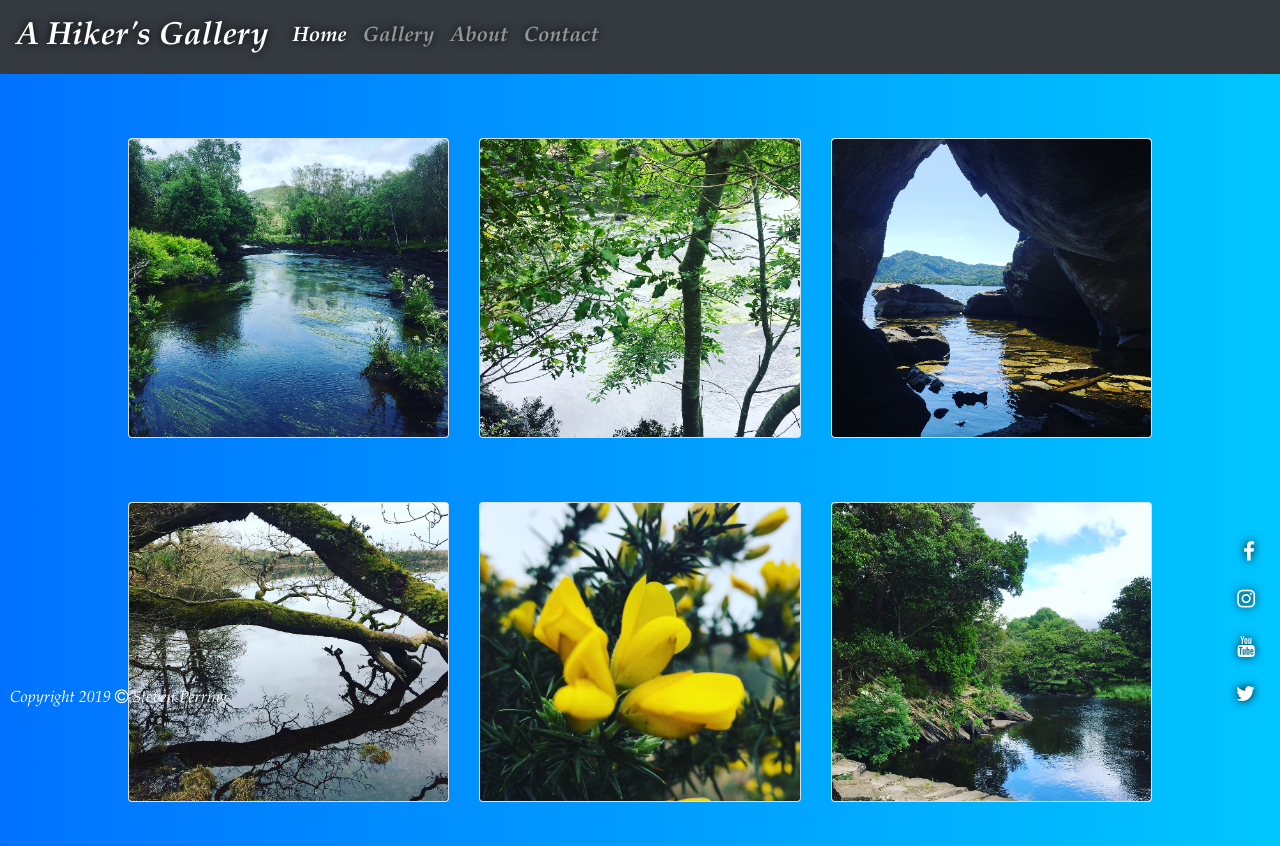
Repository: S-Perring/hiker
Page: gallery.html
The author's editor kept a record of every edit. The page is drawn from the files as they stood at one moment, then again after the next edit.
The browser window is 1280 px wide. The pictures show the part of the page from y = 0 to 846 px (the page is 1894 px tall before and 2022 px after).
A picture or video elsewhere on the page could not be fetched, so the positions and the page height are approximate. Some web fonts or font styles are not loaded; a fallback is used.

Above is the page before.

### gallery.html
<!DOCTYPE html>
<html lang="en">
<head>
    <meta charset="UTF-8">
    <meta name="viewport" content="width=device-width, initial-scale=1.0">
    <meta http-equiv="X-UA-Compatible" content="ie=edge">
    <link rel="stylesheet" href="https://stackpath.bootstrapcdn.com/bootstrap/4.3.1/css/bootstrap.min.css" type="text/css" />
    <link rel="stylesheet" href="https://stackpath.bootstrapcdn.com/font-awesome/4.7.0/css/font-awesome.min.css" type="text/css" />
    <link rel="stylesheet" href="https://cdnjs.cloudflare.com/ajax/libs/font-awesome/4.7.0/css/font-awesome.min.css">
    <link rel="stylesheet" href="css/style.css" type="text/css" />
    <title>Hiker's Gallery</title>
</head>

<body>

<header>
  <nav class="navbar top navbar-expand-sm navbar-dark bg-dark scrolling-navbar">
    <a class="navbar-brand" href="#"><strong>A Hiker's Gallery</strong></a>
    <button class="navbar-toggler" type="button" data-toggle="collapse" data-target="#navbarSupportedContent"
      aria-controls="navbarSupportedContent" aria-expanded="false" aria-label="Toggle navigation">
      <span class="navbar-toggler-icon"></span>
    </button>
    <div class="collapse navbar-collapse" id="navbarSupportedContent">
      <ul class="navbar-nav">
        <li class="nav-item active">
          <a class="nav-link" href="index.html">Home <span class="sr-only">(current)</span></a>
        </li>
        <li class="nav-item">
          <a class="nav-link" href="gallery.html">Gallery</a>
        </li>
        <li class="nav-item">
          <a class="nav-link" href="about.html">About</a>
        </li>
        <li class="nav-item">
          <a class="nav-link" href="contact.html">Contact</a>
        </li>
      </ul>
    </div>
  </nav>

</header>

 <section class="gallerypage">
            <div class="container-gallery">

                <div class="card-deck">

                    <div class="card">
                        <img src="css/images/1.JPG" class="card-img-top"
                            alt="X">
                        </div>

                    <div class="card">
                        <img src="css/images/2.JPG" class="card-img-top"
                            alt="X">
                        </div>


                    <div class="card">
                        <img src="css/images/3.JPG" class="card-img-top"
                            alt="X">
                        </div>
                      </div>
                      </div>

                <div class="container-gallery">

                <div class="card-deck">

                    <div class="card">
                        <img src="css/images/4.JPG" class="card-img-top"
                            alt="X">
                        </div>

                    <div class="card">
                        <img src="css/images/7.JPG" class="card-img-top"
                            alt="X">
                        </div>


                    <div class="card">
                        <img src="css/images/6.JPG" class="card-img-top"
                            alt="X">
                        </div>
                      </div>
                    </div>


                                    <div class="container-gallery">

                <div class="card-deck">

                    <div class="card">
                        <img src="css/images/15.JPG" class="card-img-top"
                            alt="X">
                        </div>

                    <div class="card">
                        <img src="css/images/16.JPG" class="card-img-top"
                            alt="X">
                        </div>


                    <div class="card">
                        <img src="css/images/17.JPG" class="card-img-top"
                            alt="X">
                        </div>
                      </div>
                    </div>

                                    <div class="container-gallery">

                <div class="card-deck">

                    <div class="card">
                        <img src="css/images/9.JPG" class="card-img-top"
                            alt="X">
                        </div>

                    <div class="card">
                        <img src="css/images/10.JPG" class="card-img-top"
                            alt="X">
                        </div>


                    <div class="card">
                        <img src="css/images/11.JPG" class="card-img-top"
                            alt="X">
                        </div>
                      </div>
                    </div>

                                    <div class="container-gallery">

                <div class="card-deck">

                    <div class="card">
                        <img src="css/images/12.JPG" class="card-img-top"
                            alt="X">
                        </div>

                    <div class="card">
                        <img src="css/images/13.JPG" class="card-img-top"
                            alt="X">
                        </div>


                    <div class="card">
                        <img src="css/images/14.JPG" class="card-img-top"
                            alt="X">
                        </div>
                      </div>
                    </div>



     </section>





<footer class="fixed-bottom">
   <div class="container">
     <ul class="navbar-nav nav-flex-icons">
        <li class="nav-item" id="highlight">
          <a class="nav-link"><i class="fa fa-facebook"></i></a>
        </li>
        <li class="nav-item" id="highlight">
          <a class="nav-link"><i class="fa fa-instagram"></i></a>
        </li>
                <li class="nav-item" id="highlight">
          <a class="nav-link"><i class="fa fa-youtube"></i></a>
        </li>
                </li>
                <li class="nav-item" id="highlight">
          <a class="nav-link"><i class="fa fa-twitter"></i></a>
        </li>
      </ul>
   </div>
      <div class="copyright">Copyright 2019 <i class="fa fa-copyright"></i> Steven Perring</div>
</footer>

    <script src="https://code.jquery.com/jquery-3.3.1.slim.min.js"></script>
    <script src="https://cdnjs.cloudflare.com/ajax/libs/popper.js/1.14.7/umd/popper.min.js"></script>
    <script src="https://stackpath.bootstrapcdn.com/bootstrap/4.3.1/js/bootstrap.min.js"></script>

</body>

</html>

### css/style.css
@import url('https://fonts.googleapis.com/css?family=Garamond:100,200,300,400,500,600,700');


.nav-link {
    font-family: Garamond;
    font-style: italic;
    font-size: 1.3em;
    font-weight: bold;
    text-decoration: none;
}


.main-pic {
    background-image: url(../css/images/main.JPG);
    background-size: cover;
    max-width: 100%;
    height: 100vh;
    padding: 0;
    display: flex;
    align-items: center;
    justify-content: center;
    background-repeat: no-repeat;

}


.navbar-brand {
    font-family: Garamond;
    font-size: 2em;
    font-style: italic;
}

.explore {
    Background-color: rgba(195, 195, 195, 0.4);
    padding: 20%;
    border-radius: 50%;
    font-family: Garamond;
    text-align: center;
    font-style: italic;
    font-size: 2.5em;
    font-weight: bolder;
    color: #4B0082;

}


a {
    text-shadow: 0 0 10px black;
}

footer {
    padding-left: 10px;
    font-family: Garamond;
    font-style: italic;
    color: #fff;
    font-size: 1em;
}

a:hover {
  text-decoration: none;
  color: #fff;
  transition: 1.5s;

}


.icons {
    text-align: center;
}


.copyright {
    display: inline-block;
    margin-bottom: 10px;
    text-align: left;
    width: 60%;
    position: absolute;
    bottom: 0px;

}

#highlight:hover {
  text-decoration: none;
  color: #4B0082;
  cursor: pointer;
}

.container {
    float: right;
    margin: 0;
    width:5%;
    text-align: right;
    margin-right: 10px;

}






.about {
    Background-color: rgba(208, 208, 208, 0.65);
    padding: 10px;
    margin: 15%;
    border-radius: 10%;
    text-align: center;
    color: #4B0082;
    font-family: Garamond;
    font-style: italic;

}




/*------------------- contact form-------------------------*/


body{
    background: -webkit-linear-gradient(left, #0072ff, #00c6ff);

}
.contact-form{
    Background-color: rgba(208, 208, 208, 0.25);
    font-family: Garamond;
    font-style: italic;
    color: #4B0082;
    margin-top: 10%;
    border-radius: 10%;
    margin-bottom: 5%;
    width: 70%;
}
.contact-form .form-control{
    border-radius:1rem;
}

.contact-form form{
    padding: 14%;

}
.contact-form form .row{
    margin-bottom: -7%;

}
.contact-form h3{
    margin-bottom: 8%;
    margin-top: -10%;
    text-align: center;

}
.contact-form .btnContact {
    margin-right: 25%;
    font-family: Garamond;
    font-style: italic;
    border: none;
    border-radius: 1rem;
    padding: 3%;
    background: #4B0082;
    font-weight: 600;
    color: #fff;
    cursor: pointer;
}


.btnContactSubmit{

    color: #fff;
    background-color: #0062cc;
    border: none;
    cursor: pointer;
}

/*------------------- gallery-------------------------*/

.container-gallery {
    margin-top: 5%;
    margin-left: 10%;
    margin-right: 10%;
    font-family: Garamond;
    font-style: italic;
    text-align: center;
    color: #4B0082;
    padding: inherit;


}

.card {
    position: relative;
    float: left;
    width:  300px;
    height: 300px;
    overflow: hidden;



}

After the next edit:
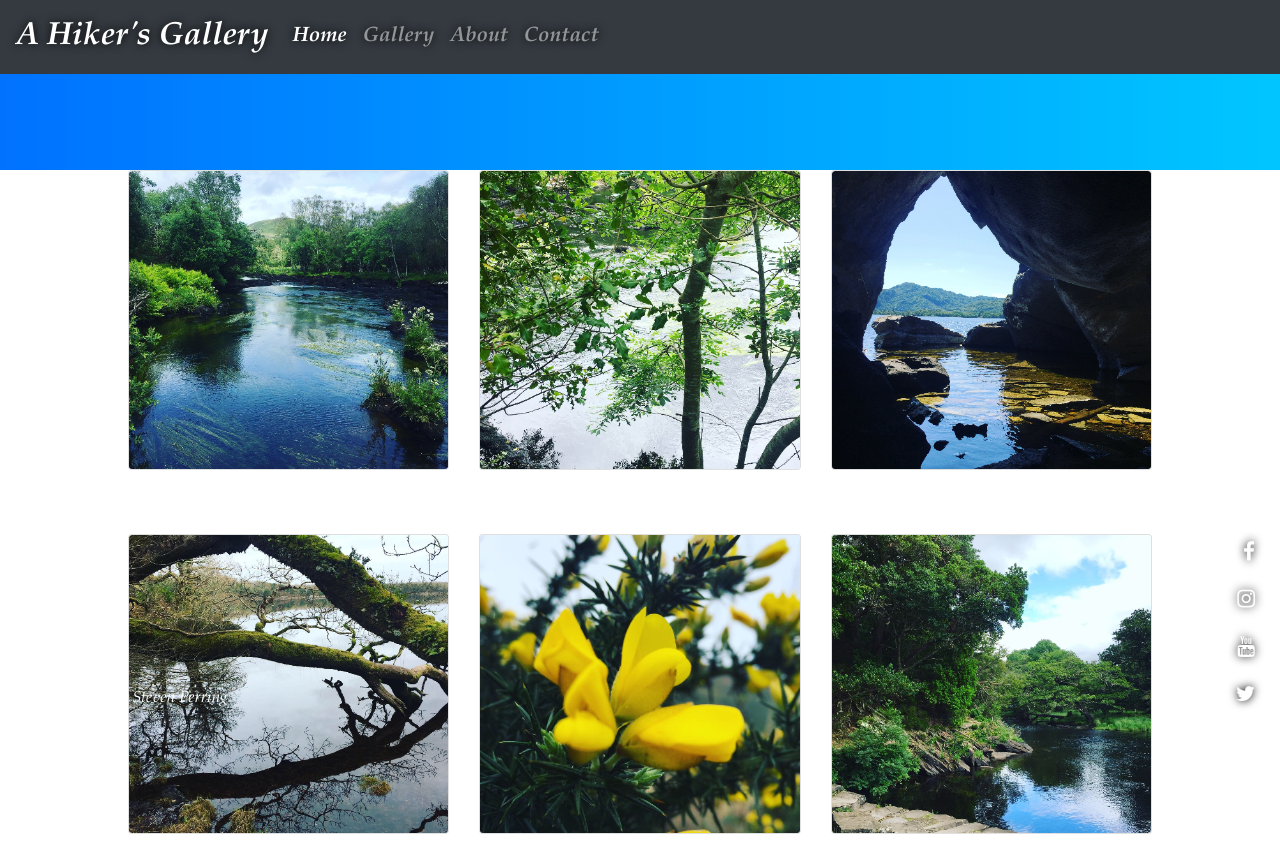
The edit:
--- a/css/style.css
+++ b/css/style.css
@@ -196,3 +196,9 @@ body{
 
 
 }
+
+.gallerypage {
+    margin-top: 7.5%;
+    margin-bottom: 7.5%;
+    background-color: #fff;
+}
